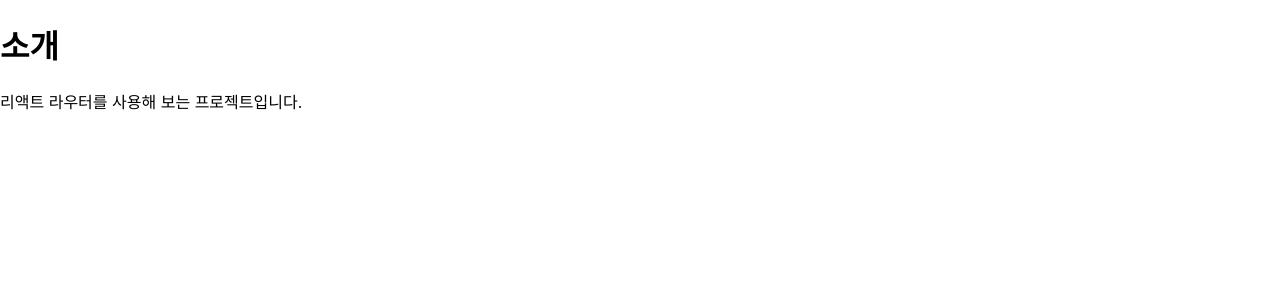
Repository: parkhyeonki/react-router_practice
Page: /about
An editor plug-in stored every save of this project. The page is shown before and after the next save, followed by the edit.
The browser window is 1280 px wide. The pictures show the whole page.
The project was rebuilt for these pictures with package versions that can differ from the ones it lists, and the page was loaded fresh each time. Also part of the build but not shown: src/App.css, src/pages/Home.js, src/pages/Profile.js.

Above is the page before, as saved 2022-05-17 16:35:37.

### src/App.js
import "./App.css";
import { Route, Routes } from "react-router-dom";
import Home from "./pages/Home";
import About from "./pages/About";
import Profile from "./pages/Profile";

function App() {
  return (
    <Routes>
      <Route path="/" element={<Home />} />
      <Route path="/about" element={<About />} />
      <Route path="/profiles/:username" element={<Profile />} />
    </Routes>
  );
}

export default App;

### src/pages/About.js
import React from "react";

const About = () => {
  return (
    <div>
      <h1>소개</h1>
      <p>리액트 라우터를 사용해 보는 프로젝트입니다.</p>
    </div>
  );
};

export default About;

Loaded but not shown: public/index.html (common file); src/index.js (common file); src/index.css (common file); src/reportWebVitals.js (common file)

After the next save:
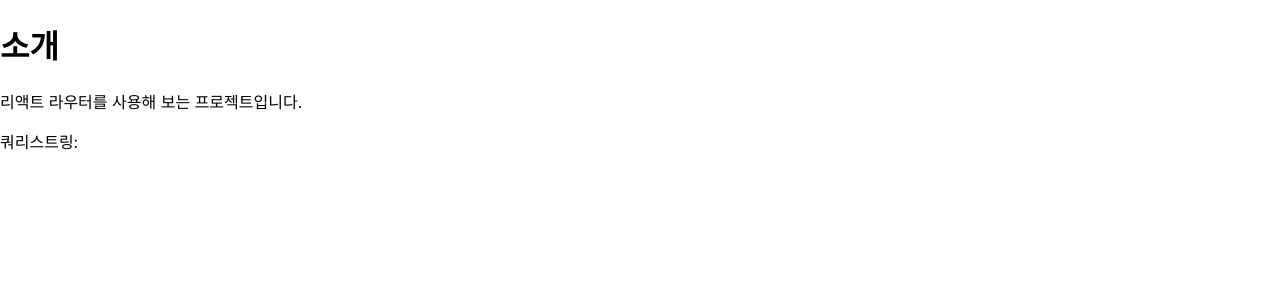
Saved 82 s later.
--- a/src/pages/About.js
+++ b/src/pages/About.js
@@ -5,6 +5,7 @@ const About = () => {
     <div>
       <h1>소개</h1>
       <p>리액트 라우터를 사용해 보는 프로젝트입니다.</p>
+      <p>쿼리스트링: {location.search}</p>
     </div>
   );
 };
